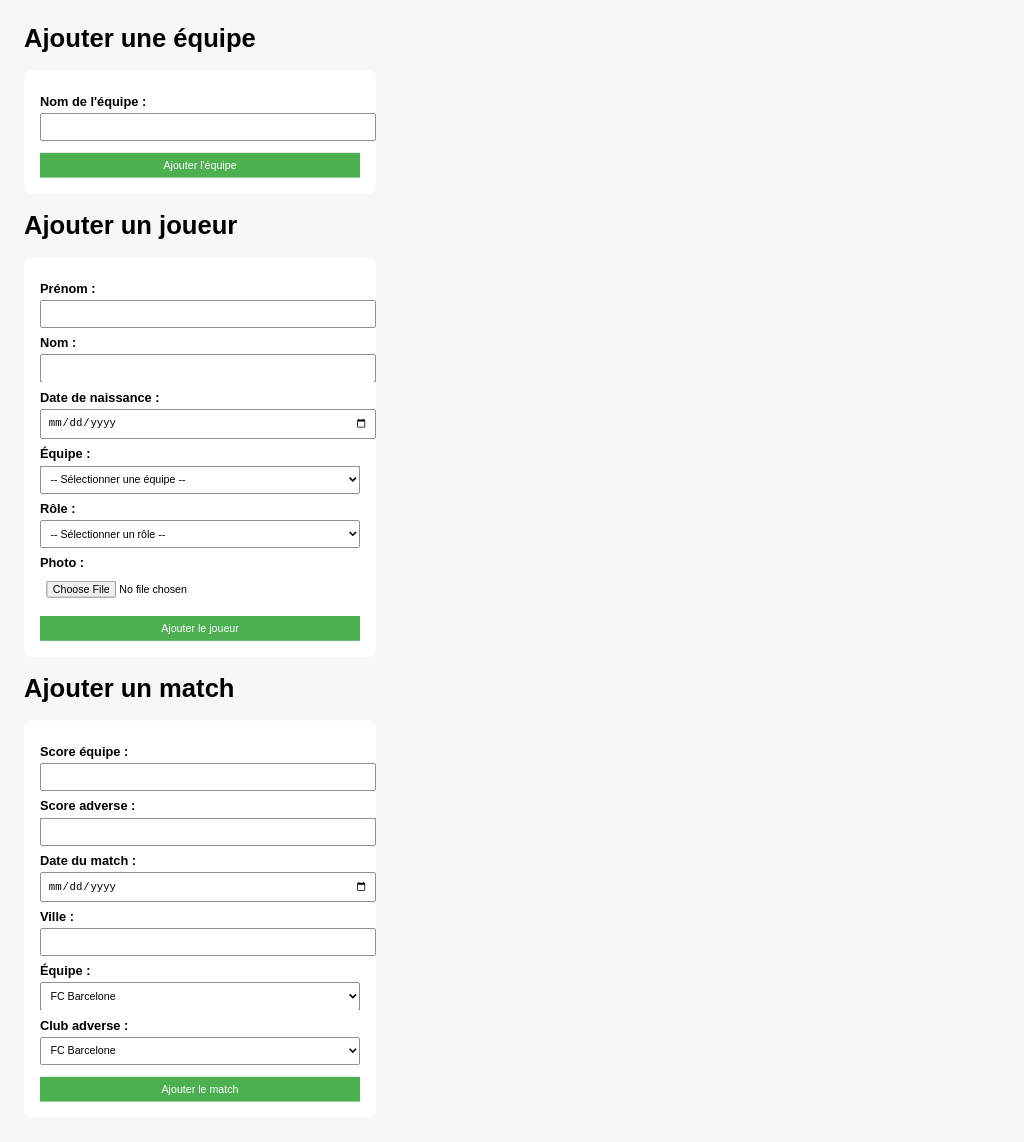
Repository: Valentin-Godard/Foot-2-Club
Page: http://localhost/public/index.php
These files come from the project's save history. The page is drawn as it stood at one moment and after the next save; the edit follows.
The browser window is 1280 px wide. The pictures show the whole page, at 80% of full size.
The page is run by PHP 8.4 with error messages shown; the project is at /var/www/html/. The database holds what the project's SQL file puts in it.

Above is the page before, as saved 2025-10-10 16:53:26.

After the next save:
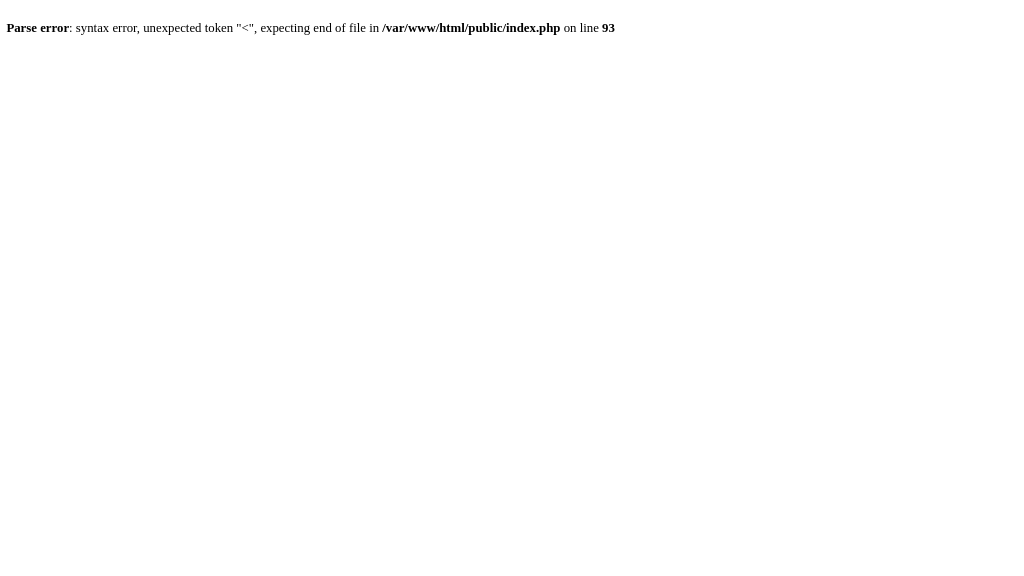
Saved 73 s later.
--- a/public/index.php
+++ b/public/index.php
@@ -65,19 +65,30 @@
 
 // ---------------------- AJOUT DE MATCH ----------------------
 if ($_SERVER["REQUEST_METHOD"] === "POST" && ($_POST['form_type'] ?? '') === 'match') {
-    $scoreEquipe = $_POST["score_equipe"];
-    $scoreAdverse = $_POST["score_equipe_adv"];
+    $scoreEquipe = trim($_POST["score_equipe"]);
+    $scoreEquipeAdv = trim($_POST["score_equipe_adv"]);
     $dateMatch = new DateTime($_POST["date"]);
     $ville = trim($_POST["ville"]);
     $equipeId = (int)$_POST["equipe_id"];
-    $adversaireId = (int)$_POST["club_adv_id"];
+    $clubAdvId = (int)$_POST["club_adv_id"];
 
-    $match = new MatchFoot(null, $scoreEquipe, $scoreAdverse, $dateMatch, $ville, $equipeId, $adversaireId);
+    // Création de l'objet MatchFoot avec les bonnes propriétés
+    $match = new MatchFoot(
+        null,               // id automatique
+        $scoreEquipe,
+        $scoreEquipeAdv,
+        $dateMatch,
+        $equipeId,
+        $ville,
+        $clubAdvId
+    );
+
+    // Insertion dans la base
     $matchDb->insert($match);
 
     $message = "✅ Match ajouté avec succès !";
 }
-?>
+
 
 <!DOCTYPE html>
 <html lang="fr">

After the save that followed:
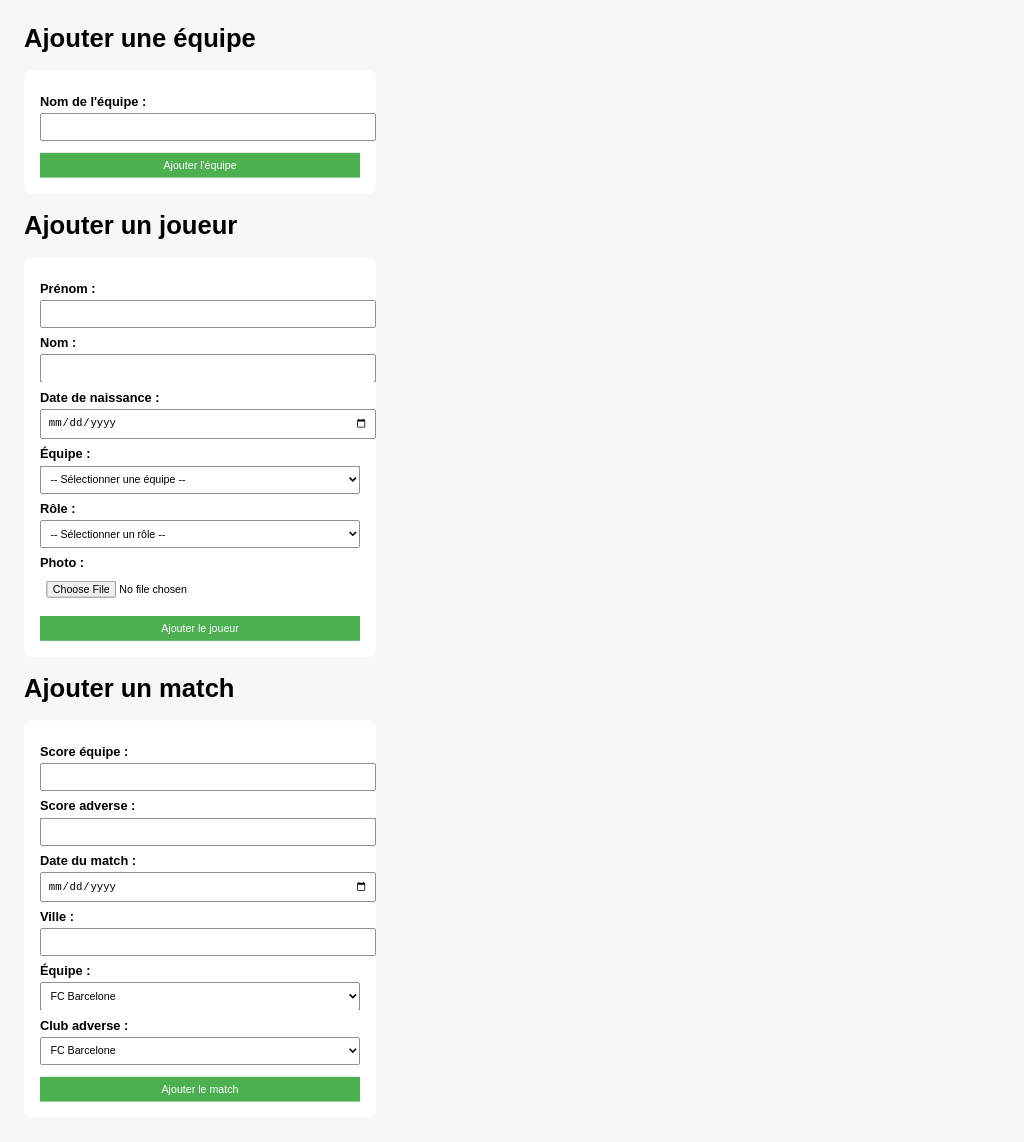
Saved 19 s later.
--- a/public/index.php
+++ b/public/index.php
@@ -88,7 +88,7 @@
 
     $message = "✅ Match ajouté avec succès !";
 }
-
+?>
 
 <!DOCTYPE html>
 <html lang="fr">
